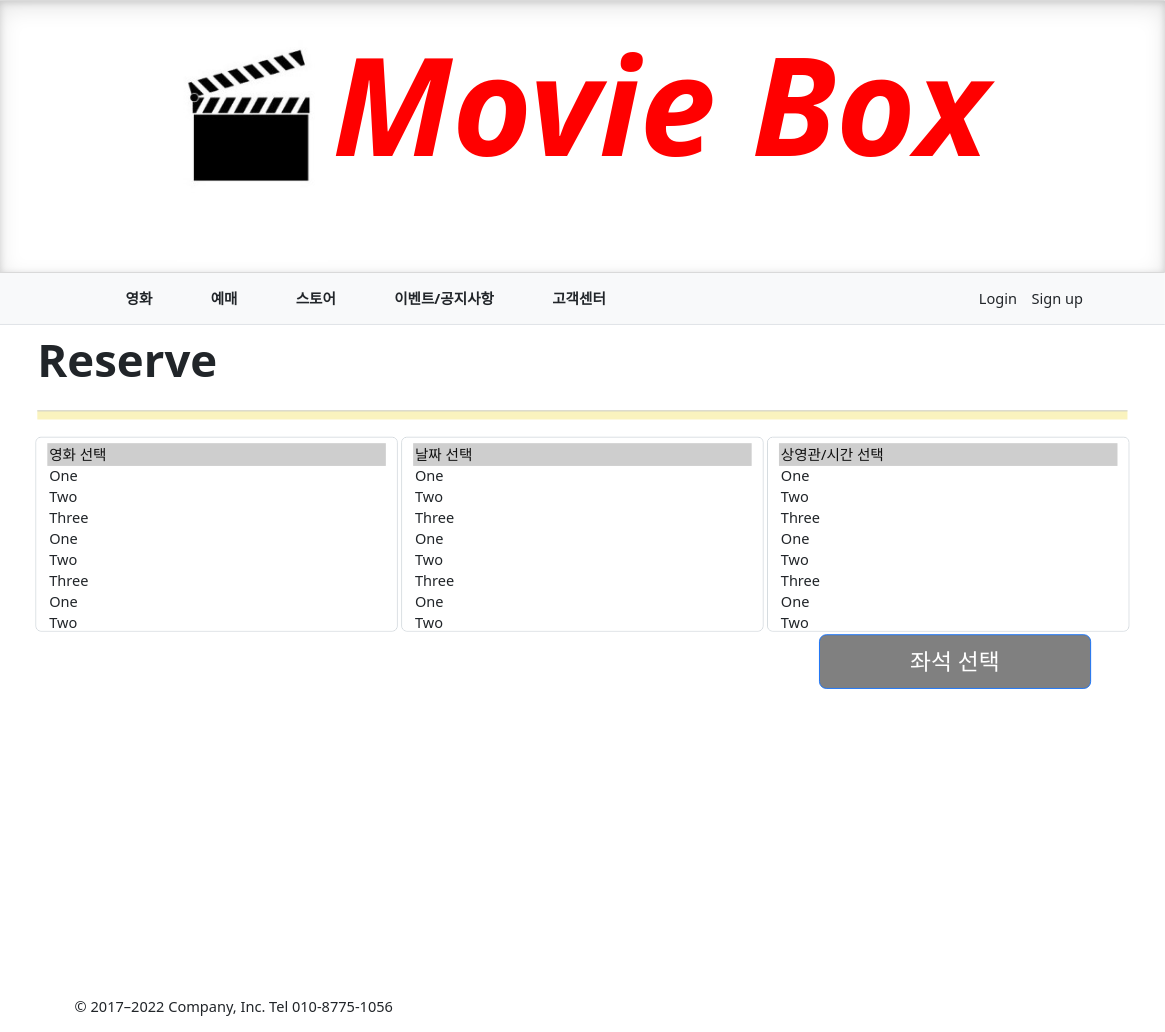
Repository: SpearManCN/MovieBox-2nd-Project-
Page: http://localhost/prj_01/WEB-INF/views/reserveForm.jsp
An editor plug-in stored every save of this project. The page is shown before and after the next save, followed by the edit.
The browser window is 1280 px wide. The pictures show the whole page, at 91% of full size.
The page is served by Tomcat 9. Nobody is signed in. Other server files are loaded and not shown. The template is opened directly, without the code that normally fills it, so the values that code supplies are empty.

Above is the page before, as saved 2022-12-13 11:23:19.

### Second project/prj_01/src/main/webapp/WEB-INF/views/reserveForm.jsp
<%@ page language="java" contentType="text/html; charset=UTF-8"
    pageEncoding="UTF-8"%>
        <%@taglib prefix="c" uri="http://java.sun.com/jsp/jstl/core" %>
<!DOCTYPE html>
<html>
<head>
<meta name="viewport" content="width=device-width, initial-scale=1">
<meta charset="UTF-8">
<link href="https://cdn.jsdelivr.net/npm/bootstrap@5.2.3/dist/css/bootstrap.min.css" rel="stylesheet" integrity="sha384-rbsA2VBKQhggwzxH7pPCaAqO46MgnOM80zW1RWuH61DGLwZJEdK2Kadq2F9CUG65" crossorigin="anonymous">

</head>
<body>
<%@include file="/WEB-INF/views/commonHeader.jsp" %>

<center>
<table width="1200px">
	<tr>
	<td align="left"><span style="font-size:50px; font-weight:bold;">Reserve</span>
	<tr>
	<td><hr style="height:10px; background-color:#EDD200;">
	<tr>
</table>
</center>


<table align="center" width="1200px">
<tr><td>
<table width="400px">
<tr><td>
<select class="form-select" size="8" aria-label="size 3 select example" width="500px">
  <option selected>영화 선택</option>
  <option value="1">One</option>
  <option value="2">Two</option>
  <option value="3">Three</option>
    <option value="1">One</option>
  <option value="2">Two</option>
  <option value="3">Three</option>
    <option value="1">One</option>
  <option value="2">Two</option>
  <option value="3">Three</option>
    <option value="1">One</option>
  <option value="2">Two</option>
  <option value="3">Three</option>
    <option value="1">One</option>
  <option value="2">Two</option>
  <option value="3">Three</option>
    <option value="1">One</option>
  <option value="2">Two</option>
  <option value="3">Three</option>
    <option value="1">One</option>
  <option value="2">Two</option>
  <option value="3">Three</option>
</select>
</table>

<td>
<table width="400px">
<tr><td>
<select class="form-select" size="8" aria-label="size 3 select example" width="500px">
  <option selected>날짜 선택</option>
  <option value="1">One</option>
  <option value="2">Two</option>
  <option value="3">Three</option>
    <option value="1">One</option>
  <option value="2">Two</option>
  <option value="3">Three</option>
    <option value="1">One</option>
  <option value="2">Two</option>
  <option value="3">Three</option>

</select>
</table>

<td>
<table width="400px">
<tr><td>
<select class="form-select" size="8" aria-label="size 3 select example" width="500px">
  <option selected>상영관/시간 선택</option>
  <option value="1">One</option>
  <option value="2">Two</option>
  <option value="3">Three</option>
    <option value="1">One</option>
  <option value="2">Two</option>
  <option value="3">Three</option>
    <option value="1">One</option>
  <option value="2">Two</option>
  <option value="3">Three</option>
    <option value="1">One</option>
  <option value="2">Two</option>
  <option value="3">Three</option>
    <option value="1">One</option>
  <option value="2">Two</option>
  <option value="3">Three</option>
</select>
</table>


</table>

<table width="1200px">
<tr><td>
<div align="right"><button onclick="goReserveDetail();" type="button" class="btn btn-primary btn-lg" style="width:25%; height:60px; background-color:gray;">
	<span style="font-size:25px; font-weight:;">좌석 선택</span></button></div></table>



<%@include file="/WEB-INF/views/commonFooter.jsp" %>
</body>
</html>

### Second project/prj_01/src/main/webapp/WEB-INF/views/commonHeader.jsp
<%@ page language="java" contentType="text/html; charset=UTF-8"
    pageEncoding="UTF-8"%>



<script src="/js/jquery-1.11.0.min.js"></script>
<script>
function goLogin(){document.commonForm.action="/loginForm.do";document.commonForm.submit(); }
function goLoginJoin(){document.commonForm.action="/loginJoinForm.do";document.commonForm.submit();}
function goMyPage(){document.commonForm.action="/myPageHome.do";document.commonForm.submit(); }
function goMainForm(){document.commonForm.action="/mainForm.do";document.commonForm.submit(); }
function goLogout(){
	if(confirm("로그아웃 하시겠습니까?")){
		document.commonForm.action="/logout.do";document.commonForm.submit();
	}

	 }

</script>

<form name="commonForm" method="post"></form>
<div style="height:300px; background-color: white; border-width: 1px 0;
        box-shadow: inset 0 .5em 1.5em rgba(0, 0, 0, .1), inset 0 .125em .5em rgba(0, 0, 0, .15);         border: solid rgba(0, 0, 0, .15);
        border-width: 1px 0;" class="b-example-divider" align="center" >

 <span style="cursor:pointer" onclick="goMainForm();"><img src="resources/img/movieBox2.jpg" >
 <Span  style="font-size: 150px; color:red; font-weight: bold ; font-style: italic;" >Movie Box</Span>

 </span></div>

  <nav class="py-2 bg-light border-bottom">
    <div class="container d-flex flex-wrap">
      <ul class="nav me-auto">
      <li class="nav-item">&emsp;&emsp;&emsp;</li>
        <li class="nav-item"><a href="movieHome.do" class="nav-link link-dark px-2 active" aria-current="page" style="font-weight: bold ;" >영화</a></li>
         <li class="nav-item">&emsp;&emsp;&emsp;</li>
        <li class="nav-item"><a href="reserveForm.do" class="nav-link link-dark px-2" style="font-weight: bold ;">예매</a></li>
         <li class="nav-item">&emsp;&emsp;&emsp;</li>
        <li class="nav-item"><a href="/storeForm.do" class="nav-link link-dark px-2" style="font-weight: bold ;">스토어</a></li>
         <li class="nav-item">&emsp;&emsp;&emsp;</li>
        <li class="nav-item"><a href="/eventForm.do" class="nav-link link-dark px-2" style="font-weight: bold ;">이벤트/공지사항</a></li>
          <li class="nav-item">&emsp;&emsp;&emsp;</li>
        <li class="nav-item"><a href="/serviceForm.do" class="nav-link link-dark px-2" style="font-weight: bold ;">고객센터</a></li>

       </ul>
      <ul class="nav">

      		<%
      		if(session.getAttribute("memNo")==null){session.setAttribute("memNo",0);}
			int memNo = (int)session.getAttribute("memNo");
			if(memNo==0){	%>
        <li class="nav-item"><span class="nav-link link-dark px-2" style="cursor:pointer" onclick="goLogin();">Login</span></li>
			        <li class="nav-item"><span class="nav-link link-dark px-2" style="cursor:pointer" onclick="goLoginJoin();">Sign up</span></li>

			<%}else if(memNo==1){%>
			        <li class="nav-item"><span class="nav-link link-dark px-2" style="cursor:pointer" onclick="goAdmin();">AdminPage</span></li>

    				   <li class="nav-item"><span class="nav-link link-dark px-2" style="cursor:pointer" onclick="goLogout();">Logout</span></li>

			<%}else {%>
			      <li class="nav-item"><span class="nav-link link-dark px-2" style="cursor:pointer" onclick="goMyPage();">My Page</span></li>
    				   <li class="nav-item"><span class="nav-link link-dark px-2" style="cursor:pointer" onclick="goLogout();">Logout</span></li>
 				<%}
		%>






      </ul>
    </div>
  </nav>

### Second project/prj_01/src/main/webapp/WEB-INF/views/commonFooter.jsp
<%@ page language="java" contentType="text/html; charset=UTF-8"
    pageEncoding="UTF-8"%>
<!--====================================================================-->


<br>
<br><br><br><br><br><br><br><br><br><br><br>
<br><br>

  <footer class="container">
    <p class="float-end"></p>
    <p>&copy; 2017–2022 Company, Inc. Tel 010-8775-1056 </p>
  </footer>

<script src="https://cdn.jsdelivr.net/npm/bootstrap@5.2.3/dist/js/bootstrap.bundle.min.js" integrity="sha384-kenU1KFdBIe4zVF0s0G1M5b4hcpxyD9F7jL+jjXkk+Q2h455rYXK/7HAuoJl+0I4" crossorigin="anonymous"></script>

Loaded but not shown: Second project/prj_01/src/main/resources/static/js/jquery-1.11.0.min.js (library)

After the next save:
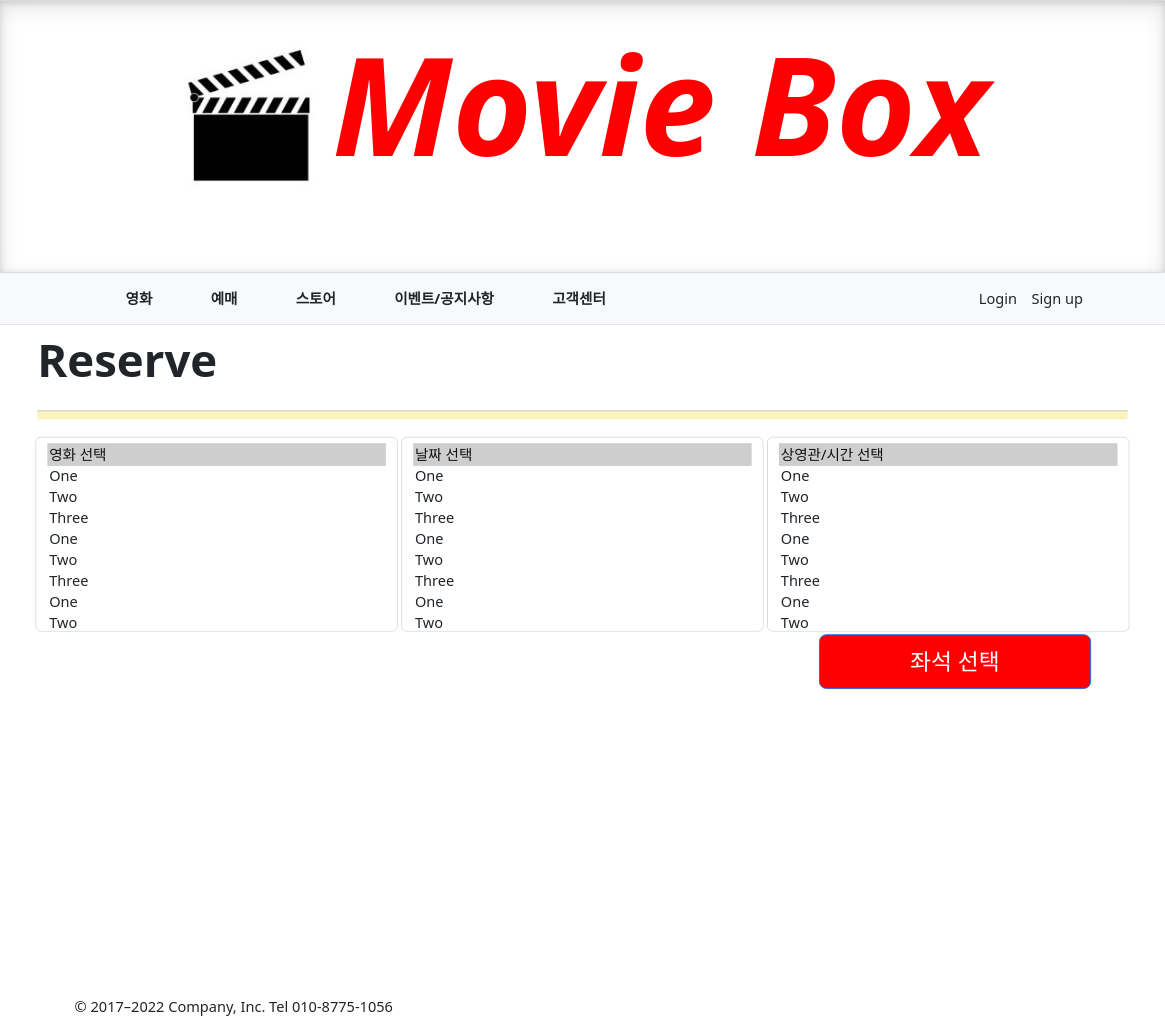
Saved 18 s later.
--- a/Second project/prj_01/src/main/webapp/WEB-INF/views/reserveForm.jsp
+++ b/Second project/prj_01/src/main/webapp/WEB-INF/views/reserveForm.jsp
@@ -99,8 +99,8 @@
 
 <table width="1200px">
 <tr><td>
-<div align="right"><button onclick="goReserveDetail();" type="button" class="btn btn-primary btn-lg" style="width:25%; height:60px; background-color:gray;">
-	<span style="font-size:25px; font-weight:;">좌석 선택</span></button></div></table>
+<div align="right"><button onclick="goReserveDetail();" type="button" class="btn btn-primary btn-lg" style="width:25%; height:60px; background-color:red;">
+	<span style="font-size:25px; font-weight:; color="white;"">좌석 선택</span></button></div></table>
 
 
 
